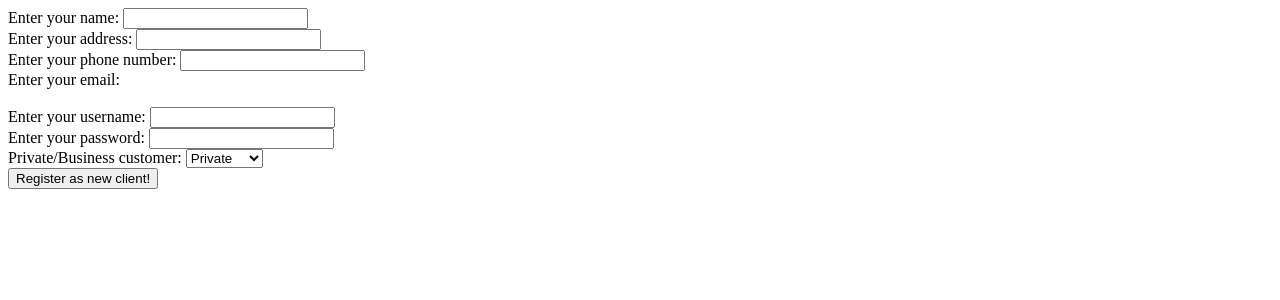
Repository: A-Mitev/E-Banking_Team_Project
Page: http://localhost/FiBank/WEB-INF/views/jsp/Register.jsp
The author's editor kept a copy of each file at every save. The page is drawn from the files as they stood at one save, then again after the next save.
The browser window is 1280 px wide. The pictures show the whole page.
The page is served by Tomcat 9. Nobody is signed in. Other server files are loaded and not shown. The template is opened directly, without the code that normally fills it, so the values that code supplies are empty.

Above is the page before, as saved 2016-04-05 15:03:17.

### FiBank/src/main/webapp/WEB-INF/views/jsp/Register.jsp
<%@page import="javax.servlet.descriptor.TaglibDescriptor"%>
<%@ page language="java" contentType="text/html; charset=UTF-8"
    pageEncoding="UTF-8"%>
<%@ taglib prefix="springForm" uri="http://www.springframework.org/tags/form" %>
<!DOCTYPE html PUBLIC "-//W3C//DTD HTML 4.01 Transitional//EN" "http://www.w3.org/TR/html4/loose.dtd">
<html>
<head>
<meta http-equiv="Content-Type" content="text/html; charset=UTF-8">
<title>Register Page</title>
</head>
<body>
	<springForm:form method="post" commandName="user">
	<label>Enter your name:</label>
	<springForm:input type="text" path="name"/>
	<br/>
	<label>Enter your address:</label>
	<springForm:input type="text" path="address"/>
	<br/>
	<label>Enter your phone number:</label>
	<springForm:input type="text" path="phone"/>
	<br/>
	<label>Enter your email:</label>
	<springForm:form type="text" path="email"/>
	<br/>
	<label>Enter your username:</label>
	<input type="text">
	<br/>
	<label>Enter your password:</label>
	<input type="text">
	<br/>
	<label>Private/Business customer:</label>
	<select>
	<option value="PRIVATE">Private</option>
  	<option value="BUSINESS">Business</option>
	</select>
	<br/>
	<input type="submit" value="Register as new client!">
	</springForm:form>
</body>
</html>

After the next save:
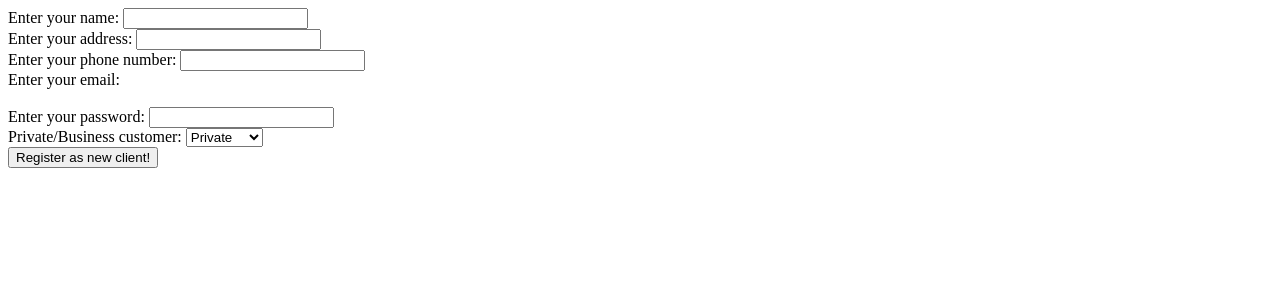
Saved 54 s later.
--- a/FiBank/src/main/webapp/WEB-INF/views/jsp/Register.jsp
+++ b/FiBank/src/main/webapp/WEB-INF/views/jsp/Register.jsp
@@ -22,11 +22,8 @@
 	<label>Enter your email:</label>
 	<springForm:form type="text" path="email"/>
 	<br/>
-	<label>Enter your username:</label>
-	<input type="text">
-	<br/>
 	<label>Enter your password:</label>
-	<input type="text">
+	<springForm:password type="text" path="password"/>
 	<br/>
 	<label>Private/Business customer:</label>
 	<select>
